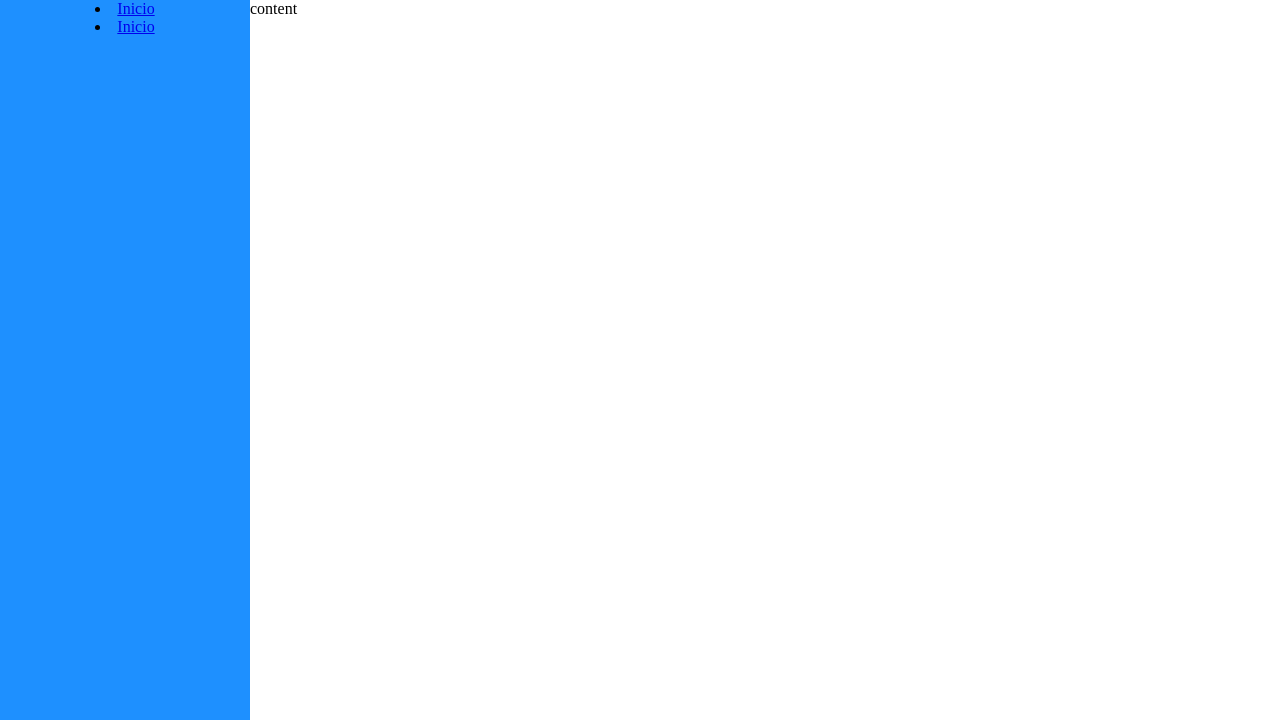
Repository: mateus-henrique-silva/estudos-react
Page: /
An editor plug-in stored every save of this project. The page is shown before and after a run of saves, followed by the edit.
The browser window is 1280 px wide. The pictures show the whole page.
The project was rebuilt for these pictures with package versions that can differ from the ones it lists, and the page was loaded fresh each time.

Above is the page before, as saved 2022-07-11 11:48:50.

After the next 3 saves:
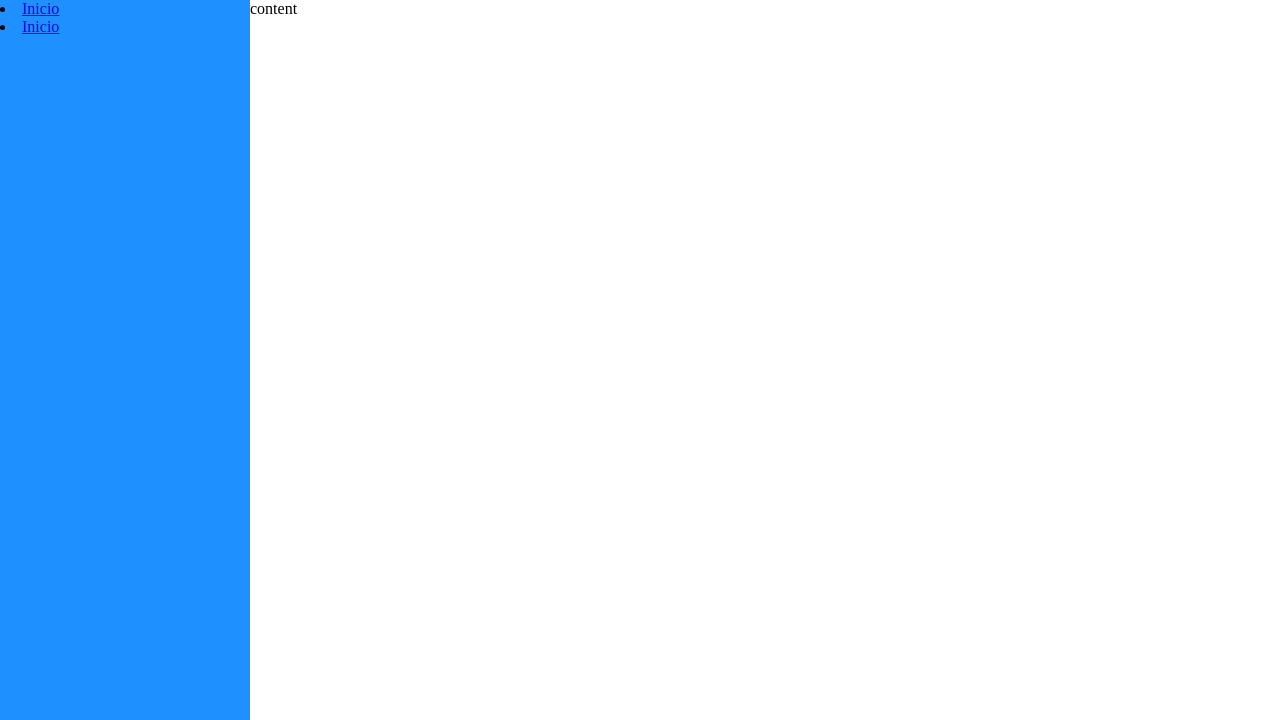
The 3 saves are shown as one change because they came seconds apart.
The last was saved 17 s later.
--- a/src/Components/Menu/Menu.css
+++ b/src/Components/Menu/Menu.css
@@ -2,11 +2,12 @@
     display:flex;
     flex-basis: 250px;
     background-color:#1e90ff;
-    justify-content:center;
+
 
 
 }
 
 .Menu ul{
     list-style:none;
+    padding:0;
 }
